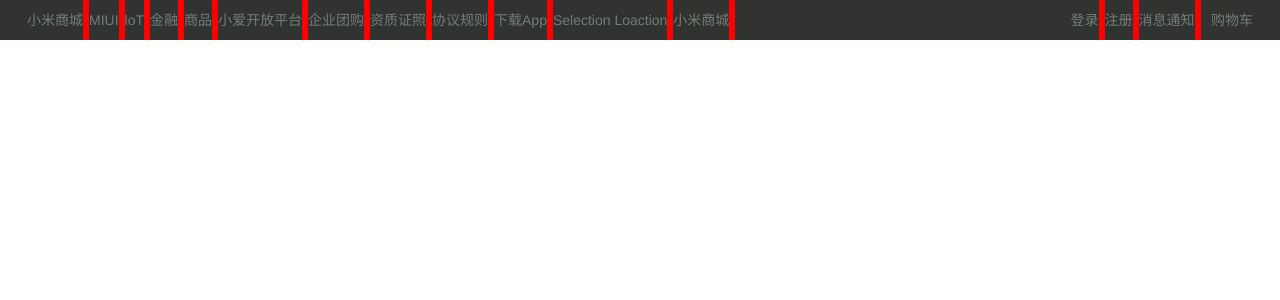
Repository: chenguocan/mi
Page: index.html
These files come from the project's save history. The page is drawn as it stood at one moment and after the next save; the edit follows.
The browser window is 1280 px wide. The pictures show the whole page.

Above is the page before, as saved 2020-10-13 09:46:34.

### index.html
<!DOCTYPE html>
<html lang="en">

<head>
    <meta charset="UTF-8">
    <title>小米商城 - 小米10 Pro、Redmi K30 Pro、小米MIX Alpha，小米电视官方网站</title>
    <meta name="viewport" content="width=1226">
    <link rel="stylesheet" href="./css/reset.css">
    <link rel="stylesheet" href="./css/index.css">
    <link rel="stylesheet" href="./css/base.css">
    <link rel="stylesheet" href="./font/css/all.min.css">
</head>

<body>
    <div class="topbar-wrapper">
        <div class="topbar w">
            <ul class="service">
                <li><a href="javascript:;">小米商城</a></li>
                <li class="line"></li>
                <li><a href="javascript:;">MIUI</a></li>
                <li class="line"></li>
                <li><a href="javascript:;">loT</a></li>
                <li class="line"></li>
                <li><a href="javascript:;">金融</a></li>
                <li class="line"></li>
                <li><a href="javascript:;">商品</a></li>
                <li class="line"></li>
                <li><a href="javascript:;">小爱开放平台</a></li>
                <li class="line"></li>
                <li><a href="javascript:;">企业团购</a></li>
                <li class="line"></li>
                <li><a href="javascript:;">资质证照</a></li>
                <li class="line"></li>
                <li><a href="javascript:;">协议规则</a></li>
                <li class="line"></li>
                <li><a href="javascript:;">下载App</a></li>
                <li class="line"></li>
                <li><a href="javascript:;">Selection Loaction</a></li>
                <li class="line"></li>
                <li><a href="javascript:;">小米商城</a></li>
                <li class="line"></li>
            </ul>
            <ul class="shop-cart">
                <li><i class="fa-adobe"></i><a href="javascript:;">购物车</a></li>
            </ul>
            <ul class="user">
                <li><a href="javascript:;">登录</a></li>
                <li class="line"></li>
                <li><a href="javascript:;">注册</a></li>
                <li class="line"></li>
                <li><a href="javascript:;">消息通知</a></li>
                <li class="line"></li>
            </ul>
        </div>
    </div>
</body>

</html>

### css/reset.css
/* v2.0 | 20110126
  http://meyerweb.com/eric/tools/css/reset/
  License: none (public domain)
*/
html, body, div, span, applet, object, iframe,
h1, h2, h3, h4, h5, h6, p, blockquote, pre,
a, abbr, acronym, address, big, cite, code,
del, dfn, em, img, ins, kbd, q, s, samp,
small, strike, strong, sub, sup, tt, var,
b, u, i, center,
dl, dt, dd, ol, ul, li,
fieldset, form, label, legend,
table, caption, tbody, tfoot, thead, tr, th, td,
article, aside, canvas, details, embed,
figure, figcaption, footer, header, hgroup,
menu, nav, output, ruby, section, summary,
time, mark, audio, video {
    margin: 0;
    padding: 0;
    border: 0;
    font-size: 100%;
    font: inherit;
    vertical-align: baseline;
}
/* HTML5 display-role reset for older browsers */
article, aside, details, figcaption, figure,
footer, header, hgroup, menu, nav, section {
    display: block;
}
body {
    line-height: 1;
}
ol, ul {
    list-style: none;
}
blockquote, q {
    quotes: none;
}
blockquote:before, blockquote:after,
q:before, q:after {
    content: '';
    content: none;
}
table {
    border-collapse: collapse;
    border-spacing: 0;
}

### css/index.css
*{
    box-sizing: border-box;
}
.topbar-wrapper{
    background:rgb(48, 51, 48);
    height: 40px;
    width: 100%;
}
.topbar .service{
    float: left;
}
.topbar .user,.topbar .shop-cart{
    float: right;
}
.topbar ul li{
    line-height: 40px;
    float: left;
}
.topbar ul li a{
    color:rgb(116, 125, 118);
}
.line{
    height: 40px;
    border:3px solid red;
}

### css/base.css

.clearfix::before,
.clearfix::after{
    content: '';
    display: table;
    clear: both;
}

body{
    color: rgb(51,51,51);
    font: 14px/1.5 "Helvetica Neue", Helvetica, Arial, "Microsoft Yahei", "Hiragino Sans GB", "Heiti SC", "WenQuanYi Micro Hei", sans-serif;
    min-width: 1226px;
}
a{
    text-decoration: none;
    color:#333;
}
.w{
    width: 1226px;
    margin-left:auto;
    margin-right: auto;
}

Loaded but not shown: font/css/all.min.css (library)

After the next save:
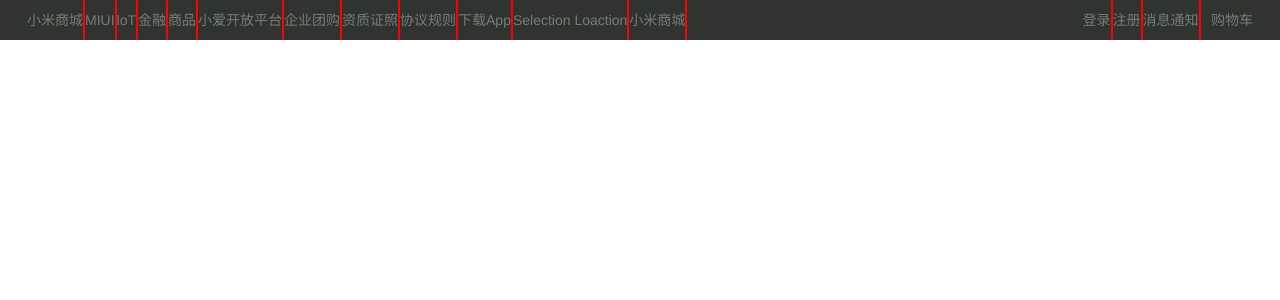
Saved 8 s later.
--- a/css/index.css
+++ b/css/index.css
@@ -21,5 +21,5 @@
 }
 .line{
     height: 40px;
-    border:3px solid red;
+    border:1px solid red;
 }
